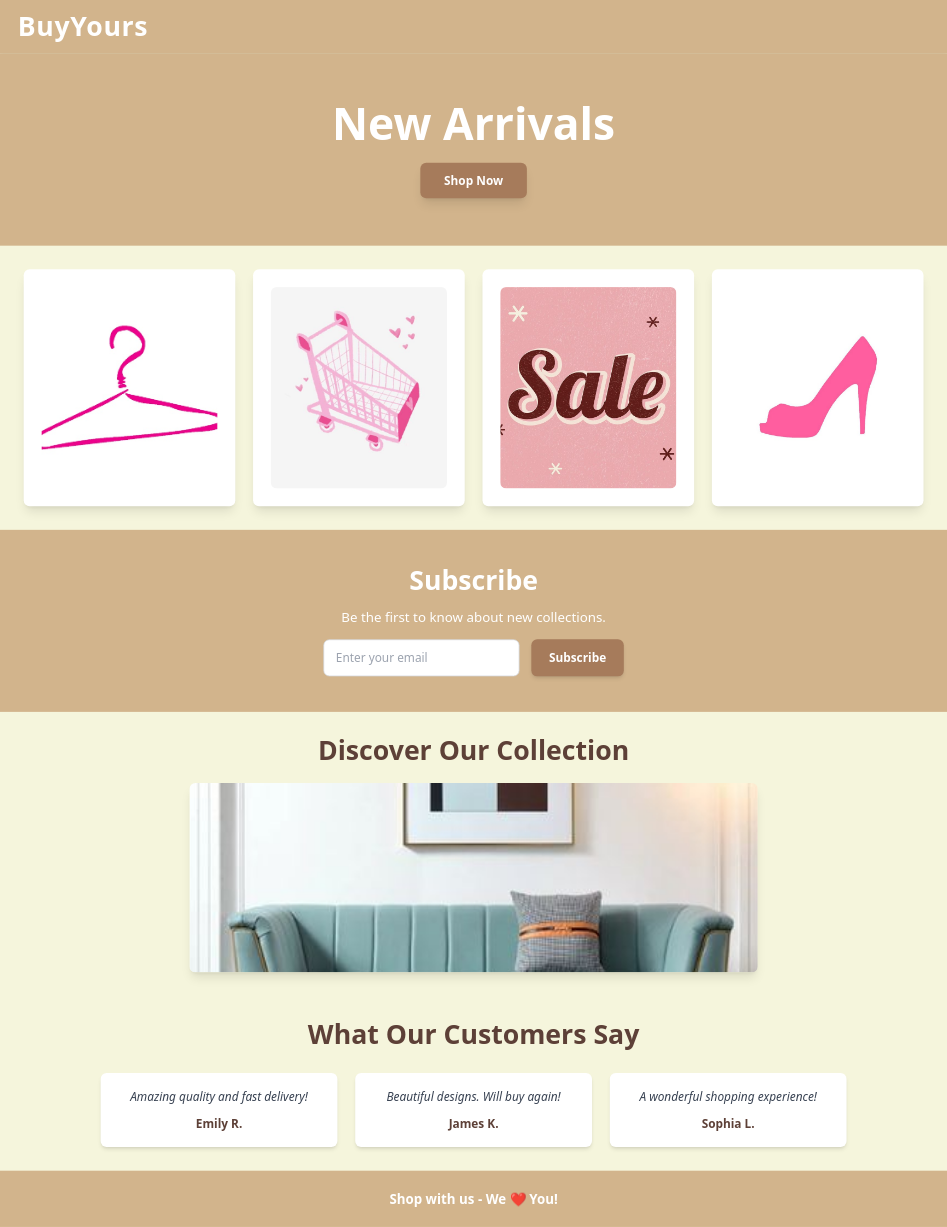
Repository: prathyushaa5/BuyYours
Page: / (app in Frontend/)
An editor plug-in stored every save of this project. The page is shown before and after the next save, followed by the edit.
The browser window is 1280 px wide. The pictures show the whole page, at 74% of full size.
The project was rebuilt for these pictures with package versions that can differ from the ones it lists, and the page was loaded fresh each time. Also part of the build but not shown: Frontend/vite.config.js, Frontend/src/components/Login.jsx, Frontend/src/components/Signup.jsx, Frontend/src/components/Home.jsx.

Above is the page before, as saved 2025-02-14 03:34:00.

### Frontend/src/App.jsx
import { BrowserRouter as Router, Routes, Route } from "react-router-dom";
import { useState } from "react";
import Main from "./components/Main";
import Login from "./components/Login";
import Signup from "./components/Signup";
import Home from "./components/Home";

export default function App() {
  const [token, setToken] = useState(null);

  const handleLogin = (userToken) => {
    setToken(userToken);
  };

  return (
    <Router>
      <Routes>
        {/* Show Main page first */}
        <Route path="/" element={<Main />} />

        {/* Login Page */}
        <Route path="/login" element={<Login onLogin={handleLogin} />} />

        {/* Signup Page */}
        <Route path="/signup" element={<Signup />} />

        {/* Home Page (Protected) */}
        <Route path="/home" element={token ? <Home /> : <Login onLogin={handleLogin} />} />
      </Routes>
    </Router>
  );
}

### Frontend/src/components/Main.jsx
import image1 from "../assets/cards/hanger.jpeg";
import image2 from "../assets/cards/pink.jpeg";
import image3 from "../assets/cards/sale.jpeg";
import image4 from "../assets/cards/shoes.jpeg";
import { useNavigate } from "react-router-dom";
import { motion, AnimatePresence } from "framer-motion";
import { useState, useEffect } from "react";
import img1 from "../assets/carasoule/img1.jpg";
import img2 from "../assets/carasoule/img2.jpg";
import img3 from "../assets/carasoule/img3.jpg";
import img4 from "../assets/carasoule/img4.jpg";

export default function MainPage() {
  const navigate = useNavigate();
  const images = [img1, img2, img3, img4];
  const [currentIndex, setCurrentIndex] = useState(0);
  const [direction, setDirection] = useState(1);

  useEffect(() => {
    const interval = setInterval(() => {
      setDirection(1);
      setCurrentIndex((prevIndex) => (prevIndex + 1) % images.length);
    }, 3000);
    return () => clearInterval(interval);
  }, []);

  return (
    <div className="bg-[#F5F5DC] min-h-screen text-[#5D4037]">
      {/* Navbar */}
      <nav className="bg-[#D2B48C] py-4 px-6 flex justify-between items-center shadow-md">
        <h1 className="text-4xl font-extrabold text-white tracking-wide">BuyYours</h1>
      </nav>

      {/* Hero Section */}
      <section className="flex flex-col items-center text-center py-16 bg-[#D2B48C] text-white">
        <h2 className="text-6xl font-extrabold mb-6">New Arrivals</h2>
        <button
          className="bg-[#A67B5B] px-8 py-3 text-white font-bold rounded-lg shadow-lg hover:scale-105 hover:bg-[#8B5E3C] transition"
          onClick={() => navigate("/signup")}
        >
          Shop Now
        </button>
      </section>

      {/* Categories */}
      <div className="grid grid-cols-2 md:grid-cols-4 gap-6 p-8">
        {[image1, image2, image3, image4].map((image, index) => (
          <div
            key={index}
            className="bg-white p-6 text-center rounded-lg shadow-lg h-80 transition-transform transform hover:scale-105"
          >
            <img src={image} alt={`Category ${index + 1}`} className="w-full h-full object-cover rounded-lg" />
          </div>
        ))}
      </div>

      {/* Subscribe Section */}
      <section className="bg-[#D2B48C] text-center py-12 text-white">
        <h3 className="text-4xl font-extrabold mb-4">Subscribe</h3>
        <p className="mb-4 text-lg">Be the first to know about new collections.</p>
        <div className="flex justify-center">
          <input
            type="email"
            placeholder="Enter your email"
            className="px-4 py-3 rounded-lg border border-gray-300 focus:ring-2 focus:ring-[#A67B5B] outline-none"
          />
          <button className="ml-4 bg-[#A67B5B] px-6 py-3 text-white font-bold rounded-lg shadow-md hover:scale-105 hover:bg-[#8B5E3C] transition">
            Subscribe
          </button>
        </div>
      </section>

      {/* Carousel */}
      <section className="p-8">
        <h3 className="text-4xl font-bold text-center mb-6">Discover Our Collection</h3>
        <div className="relative w-full max-w-3xl mx-auto overflow-hidden rounded-lg shadow-lg">
          <div className="relative w-full h-64">
            <AnimatePresence initial={false} custom={direction}>
              <motion.img
                key={currentIndex}
                src={images[currentIndex]}
                alt="Carousel Slide"
                className="absolute w-full h-full object-cover"
                initial={{ x: direction * 100, opacity: 0 }}
                animate={{ x: 0, opacity: 1 }}
                exit={{ x: -direction * 100, opacity: 0 }}
                transition={{ duration: 0.8, ease: "easeInOut" }}
              />
            </AnimatePresence>
          </div>
        </div>
      </section>

      {/* Testimonials */}
      <section className="p-8">
        <h3 className="text-4xl font-bold text-center mb-8">What Our Customers Say</h3>
        <div className="flex flex-wrap justify-center gap-6">
          {[
            { name: "Emily R.", text: "Amazing quality and fast delivery!" },
            { name: "James K.", text: "Beautiful designs. Will buy again!" },
            { name: "Sophia L.", text: "A wonderful shopping experience!" },
          ].map((review, index) => (
            <div
              key={index}
              className="bg-white p-5 rounded-lg shadow-md w-80 text-center hover:shadow-xl transition-shadow"
            >
              <p className="italic text-gray-700">{review.text}</p>
              <p className="font-semibold mt-3">{review.name}</p>
            </div>
          ))}
        </div>
      </section>

      {/* Footer */}
      <footer className="bg-[#D2B48C] text-center py-6 text-white font-bold text-lg">
        Shop with us - We ❤️ You!
      </footer>
    </div>
  );
}

### Frontend/tailwind.config.js
/** @type {import('tailwindcss').Config} */
export default {
  content: [
    "./index.html",
    "./src/**/*.{js,ts,jsx,tsx}",
  ],
  theme: {
    extend: {
      colors: {
        brown: {
          500: '#A0522D',
          600: '#8B4513',
          700: '#5D4037',
        },
      },
    },
  },
  plugins: [],
}

Loaded but not shown: Frontend/index.html (common file); Frontend/src/main.jsx (common file); Frontend/src/index.css (common file)

After the next save:
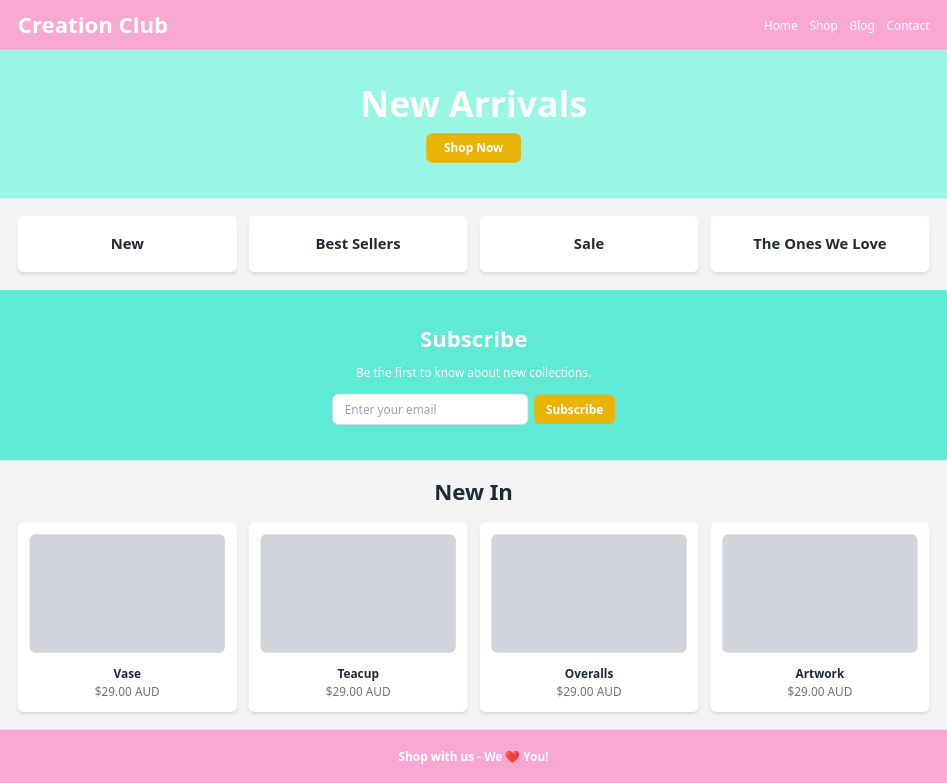
Saved 68 min 37 s later.
--- a/Frontend/src/components/Main.jsx
+++ b/Frontend/src/components/Main.jsx
@@ -1,118 +1,58 @@
-import image1 from "../assets/cards/hanger.jpeg";
-import image2 from "../assets/cards/pink.jpeg";
-import image3 from "../assets/cards/sale.jpeg";
-import image4 from "../assets/cards/shoes.jpeg";
-import { useNavigate } from "react-router-dom";
-import { motion, AnimatePresence } from "framer-motion";
-import { useState, useEffect } from "react";
-import img1 from "../assets/carasoule/img1.jpg";
-import img2 from "../assets/carasoule/img2.jpg";
-import img3 from "../assets/carasoule/img3.jpg";
-import img4 from "../assets/carasoule/img4.jpg";
+import React from "react";
 
 export default function MainPage() {
-  const navigate = useNavigate();
-  const images = [img1, img2, img3, img4];
-  const [currentIndex, setCurrentIndex] = useState(0);
-  const [direction, setDirection] = useState(1);
-
-  useEffect(() => {
-    const interval = setInterval(() => {
-      setDirection(1);
-      setCurrentIndex((prevIndex) => (prevIndex + 1) % images.length);
-    }, 3000);
-    return () => clearInterval(interval);
-  }, []);
-
   return (
-    <div className="bg-[#F5F5DC] min-h-screen text-[#5D4037]">
+    <div className="bg-gray-100 min-h-screen text-gray-800">
       {/* Navbar */}
-      <nav className="bg-[#D2B48C] py-4 px-6 flex justify-between items-center shadow-md">
-        <h1 className="text-4xl font-extrabold text-white tracking-wide">BuyYours</h1>
+      <nav className="bg-pink-300 py-4 px-6 flex justify-between items-center">
+        <h1 className="text-3xl font-bold text-white">Creation Club</h1>
+        <div className="flex space-x-4">
+          <a href="#" className="text-white">Home</a>
+          <a href="#" className="text-white">Shop</a>
+          <a href="#" className="text-white">Blog</a>
+          <a href="#" className="text-white">Contact</a>
+        </div>
       </nav>
 
       {/* Hero Section */}
-      <section className="flex flex-col items-center text-center py-16 bg-[#D2B48C] text-white">
-        <h2 className="text-6xl font-extrabold mb-6">New Arrivals</h2>
-        <button
-          className="bg-[#A67B5B] px-8 py-3 text-white font-bold rounded-lg shadow-lg hover:scale-105 hover:bg-[#8B5E3C] transition"
-          onClick={() => navigate("/signup")}
-        >
-          Shop Now
-        </button>
+      <section className="flex flex-col items-center text-center py-12 bg-teal-200">
+        <h2 className="text-5xl font-extrabold text-white mb-4">New Arrivals</h2>
+        <button className="bg-yellow-500 px-6 py-2 text-white font-bold rounded-lg hover:bg-yellow-600">Shop Now</button>
       </section>
 
       {/* Categories */}
-      <div className="grid grid-cols-2 md:grid-cols-4 gap-6 p-8">
-        {[image1, image2, image3, image4].map((image, index) => (
-          <div
-            key={index}
-            className="bg-white p-6 text-center rounded-lg shadow-lg h-80 transition-transform transform hover:scale-105"
-          >
-            <img src={image} alt={`Category ${index + 1}`} className="w-full h-full object-cover rounded-lg" />
+      <div className="grid grid-cols-2 md:grid-cols-4 gap-4 p-6">
+        {['New', 'Best Sellers', 'Sale', 'The Ones We Love'].map((category, index) => (
+          <div key={index} className="bg-white p-6 text-center rounded-lg shadow-md font-bold text-xl">
+            {category}
           </div>
         ))}
       </div>
 
       {/* Subscribe Section */}
-      <section className="bg-[#D2B48C] text-center py-12 text-white">
-        <h3 className="text-4xl font-extrabold mb-4">Subscribe</h3>
-        <p className="mb-4 text-lg">Be the first to know about new collections.</p>
-        <div className="flex justify-center">
-          <input
-            type="email"
-            placeholder="Enter your email"
-            className="px-4 py-3 rounded-lg border border-gray-300 focus:ring-2 focus:ring-[#A67B5B] outline-none"
-          />
-          <button className="ml-4 bg-[#A67B5B] px-6 py-3 text-white font-bold rounded-lg shadow-md hover:scale-105 hover:bg-[#8B5E3C] transition">
-            Subscribe
-          </button>
-        </div>
+      <section className="bg-teal-300 text-center py-12">
+        <h3 className="text-3xl font-extrabold text-white mb-4">Subscribe</h3>
+        <p className="text-white">Be the first to know about new collections.</p>
+        <input type="email" placeholder="Enter your email" className="mt-4 px-4 py-2 rounded-lg border border-gray-300" />
+        <button className="ml-2 bg-yellow-500 px-4 py-2 text-white font-bold rounded-lg hover:bg-yellow-600">Subscribe</button>
       </section>
 
-      {/* Carousel */}
-      <section className="p-8">
-        <h3 className="text-4xl font-bold text-center mb-6">Discover Our Collection</h3>
-        <div className="relative w-full max-w-3xl mx-auto overflow-hidden rounded-lg shadow-lg">
-          <div className="relative w-full h-64">
-            <AnimatePresence initial={false} custom={direction}>
-              <motion.img
-                key={currentIndex}
-                src={images[currentIndex]}
-                alt="Carousel Slide"
-                className="absolute w-full h-full object-cover"
-                initial={{ x: direction * 100, opacity: 0 }}
-                animate={{ x: 0, opacity: 1 }}
-                exit={{ x: -direction * 100, opacity: 0 }}
-                transition={{ duration: 0.8, ease: "easeInOut" }}
-              />
-            </AnimatePresence>
-          </div>
-        </div>
-      </section>
-
-      {/* Testimonials */}
-      <section className="p-8">
-        <h3 className="text-4xl font-bold text-center mb-8">What Our Customers Say</h3>
-        <div className="flex flex-wrap justify-center gap-6">
-          {[
-            { name: "Emily R.", text: "Amazing quality and fast delivery!" },
-            { name: "James K.", text: "Beautiful designs. Will buy again!" },
-            { name: "Sophia L.", text: "A wonderful shopping experience!" },
-          ].map((review, index) => (
-            <div
-              key={index}
-              className="bg-white p-5 rounded-lg shadow-md w-80 text-center hover:shadow-xl transition-shadow"
-            >
-              <p className="italic text-gray-700">{review.text}</p>
-              <p className="font-semibold mt-3">{review.name}</p>
+      {/* Products */}
+      <section className="p-6">
+        <h3 className="text-3xl font-bold text-center mb-6">New In</h3>
+        <div className="grid grid-cols-2 md:grid-cols-4 gap-4">
+          {["Vase", "Teacup", "Overalls", "Artwork"].map((product, index) => (
+            <div key={index} className="bg-white p-4 rounded-lg shadow-md text-center">
+              <div className="bg-gray-300 h-40 rounded-lg mb-4"></div>
+              <p className="font-bold">{product}</p>
+              <p className="text-gray-500">$29.00 AUD</p>
             </div>
           ))}
         </div>
       </section>
 
       {/* Footer */}
-      <footer className="bg-[#D2B48C] text-center py-6 text-white font-bold text-lg">
+      <footer className="bg-pink-300 text-center py-6 text-white font-bold">
         Shop with us - We ❤️ You!
       </footer>
     </div>

After the save that followed:
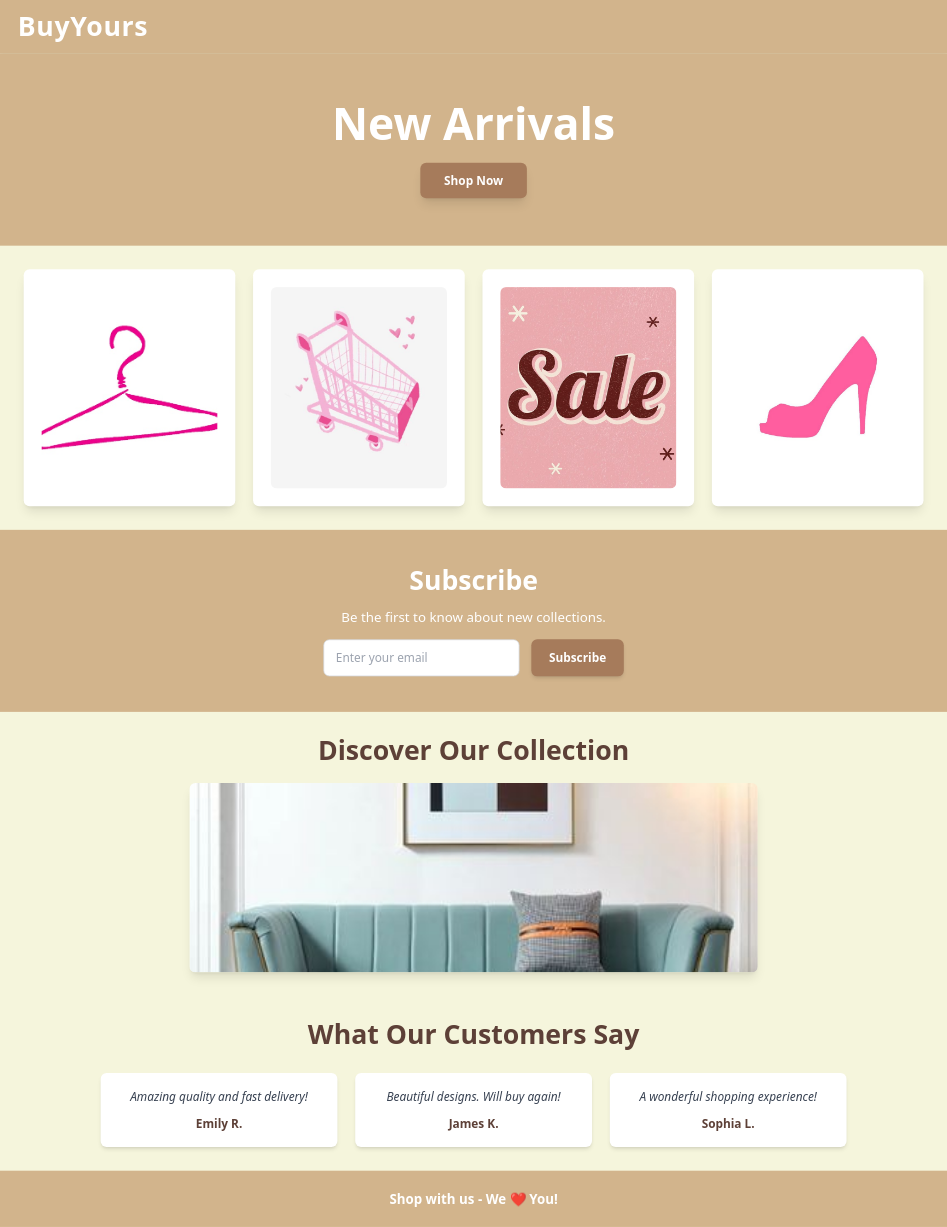
Saved 13 s later.
--- a/Frontend/src/components/Main.jsx
+++ b/Frontend/src/components/Main.jsx
@@ -1,58 +1,118 @@
-import React from "react";
+import image1 from "../assets/cards/hanger.jpeg";
+import image2 from "../assets/cards/pink.jpeg";
+import image3 from "../assets/cards/sale.jpeg";
+import image4 from "../assets/cards/shoes.jpeg";
+import { useNavigate } from "react-router-dom";
+import { motion, AnimatePresence } from "framer-motion";
+import { useState, useEffect } from "react";
+import img1 from "../assets/carasoule/img1.jpg";
+import img2 from "../assets/carasoule/img2.jpg";
+import img3 from "../assets/carasoule/img3.jpg";
+import img4 from "../assets/carasoule/img4.jpg";
 
 export default function MainPage() {
+  const navigate = useNavigate();
+  const images = [img1, img2, img3, img4];
+  const [currentIndex, setCurrentIndex] = useState(0);
+  const [direction, setDirection] = useState(1);
+
+  useEffect(() => {
+    const interval = setInterval(() => {
+      setDirection(1);
+      setCurrentIndex((prevIndex) => (prevIndex + 1) % images.length);
+    }, 3000);
+    return () => clearInterval(interval);
+  }, []);
+
   return (
-    <div className="bg-gray-100 min-h-screen text-gray-800">
+    <div className="bg-[#F5F5DC] min-h-screen text-[#5D4037]">
       {/* Navbar */}
-      <nav className="bg-pink-300 py-4 px-6 flex justify-between items-center">
-        <h1 className="text-3xl font-bold text-white">Creation Club</h1>
-        <div className="flex space-x-4">
-          <a href="#" className="text-white">Home</a>
-          <a href="#" className="text-white">Shop</a>
-          <a href="#" className="text-white">Blog</a>
-          <a href="#" className="text-white">Contact</a>
-        </div>
+      <nav className="bg-[#D2B48C] py-4 px-6 flex justify-between items-center shadow-md">
+        <h1 className="text-4xl font-extrabold text-white tracking-wide">BuyYours</h1>
       </nav>
 
       {/* Hero Section */}
-      <section className="flex flex-col items-center text-center py-12 bg-teal-200">
-        <h2 className="text-5xl font-extrabold text-white mb-4">New Arrivals</h2>
-        <button className="bg-yellow-500 px-6 py-2 text-white font-bold rounded-lg hover:bg-yellow-600">Shop Now</button>
+      <section className="flex flex-col items-center text-center py-16 bg-[#D2B48C] text-white">
+        <h2 className="text-6xl font-extrabold mb-6">New Arrivals</h2>
+        <button
+          className="bg-[#A67B5B] px-8 py-3 text-white font-bold rounded-lg shadow-lg hover:scale-105 hover:bg-[#8B5E3C] transition"
+          onClick={() => navigate("/signup")}
+        >
+          Shop Now
+        </button>
       </section>
 
       {/* Categories */}
-      <div className="grid grid-cols-2 md:grid-cols-4 gap-4 p-6">
-        {['New', 'Best Sellers', 'Sale', 'The Ones We Love'].map((category, index) => (
-          <div key={index} className="bg-white p-6 text-center rounded-lg shadow-md font-bold text-xl">
-            {category}
+      <div className="grid grid-cols-2 md:grid-cols-4 gap-6 p-8">
+        {[image1, image2, image3, image4].map((image, index) => (
+          <div
+            key={index}
+            className="bg-white p-6 text-center rounded-lg shadow-lg h-80 transition-transform transform hover:scale-105"
+          >
+            <img src={image} alt={`Category ${index + 1}`} className="w-full h-full object-cover rounded-lg" />
           </div>
         ))}
       </div>
 
       {/* Subscribe Section */}
-      <section className="bg-teal-300 text-center py-12">
-        <h3 className="text-3xl font-extrabold text-white mb-4">Subscribe</h3>
-        <p className="text-white">Be the first to know about new collections.</p>
-        <input type="email" placeholder="Enter your email" className="mt-4 px-4 py-2 rounded-lg border border-gray-300" />
-        <button className="ml-2 bg-yellow-500 px-4 py-2 text-white font-bold rounded-lg hover:bg-yellow-600">Subscribe</button>
+      <section className="bg-[#D2B48C] text-center py-12 text-white">
+        <h3 className="text-4xl font-extrabold mb-4">Subscribe</h3>
+        <p className="mb-4 text-lg">Be the first to know about new collections.</p>
+        <div className="flex justify-center">
+          <input
+            type="email"
+            placeholder="Enter your email"
+            className="px-4 py-3 rounded-lg border border-gray-300 focus:ring-2 focus:ring-[#A67B5B] outline-none"
+          />
+          <button className="ml-4 bg-[#A67B5B] px-6 py-3 text-white font-bold rounded-lg shadow-md hover:scale-105 hover:bg-[#8B5E3C] transition">
+            Subscribe
+          </button>
+        </div>
       </section>
 
-      {/* Products */}
-      <section className="p-6">
-        <h3 className="text-3xl font-bold text-center mb-6">New In</h3>
-        <div className="grid grid-cols-2 md:grid-cols-4 gap-4">
-          {["Vase", "Teacup", "Overalls", "Artwork"].map((product, index) => (
-            <div key={index} className="bg-white p-4 rounded-lg shadow-md text-center">
-              <div className="bg-gray-300 h-40 rounded-lg mb-4"></div>
-              <p className="font-bold">{product}</p>
-              <p className="text-gray-500">$29.00 AUD</p>
+      {/* Carousel */}
+      <section className="p-8">
+        <h3 className="text-4xl font-bold text-center mb-6">Discover Our Collection</h3>
+        <div className="relative w-full max-w-3xl mx-auto overflow-hidden rounded-lg shadow-lg">
+          <div className="relative w-full h-64">
+            <AnimatePresence initial={false} custom={direction}>
+              <motion.img
+                key={currentIndex}
+                src={images[currentIndex]}
+                alt="Carousel Slide"
+                className="absolute w-full h-full object-cover"
+                initial={{ x: direction * 100, opacity: 0 }}
+                animate={{ x: 0, opacity: 1 }}
+                exit={{ x: -direction * 100, opacity: 0 }}
+                transition={{ duration: 0.8, ease: "easeInOut" }}
+              />
+            </AnimatePresence>
+          </div>
+        </div>
+      </section>
+
+      {/* Testimonials */}
+      <section className="p-8">
+        <h3 className="text-4xl font-bold text-center mb-8">What Our Customers Say</h3>
+        <div className="flex flex-wrap justify-center gap-6">
+          {[
+            { name: "Emily R.", text: "Amazing quality and fast delivery!" },
+            { name: "James K.", text: "Beautiful designs. Will buy again!" },
+            { name: "Sophia L.", text: "A wonderful shopping experience!" },
+          ].map((review, index) => (
+            <div
+              key={index}
+              className="bg-white p-5 rounded-lg shadow-md w-80 text-center hover:shadow-xl transition-shadow"
+            >
+              <p className="italic text-gray-700">{review.text}</p>
+              <p className="font-semibold mt-3">{review.name}</p>
             </div>
           ))}
         </div>
       </section>
 
       {/* Footer */}
-      <footer className="bg-pink-300 text-center py-6 text-white font-bold">
+      <footer className="bg-[#D2B48C] text-center py-6 text-white font-bold text-lg">
         Shop with us - We ❤️ You!
       </footer>
     </div>
